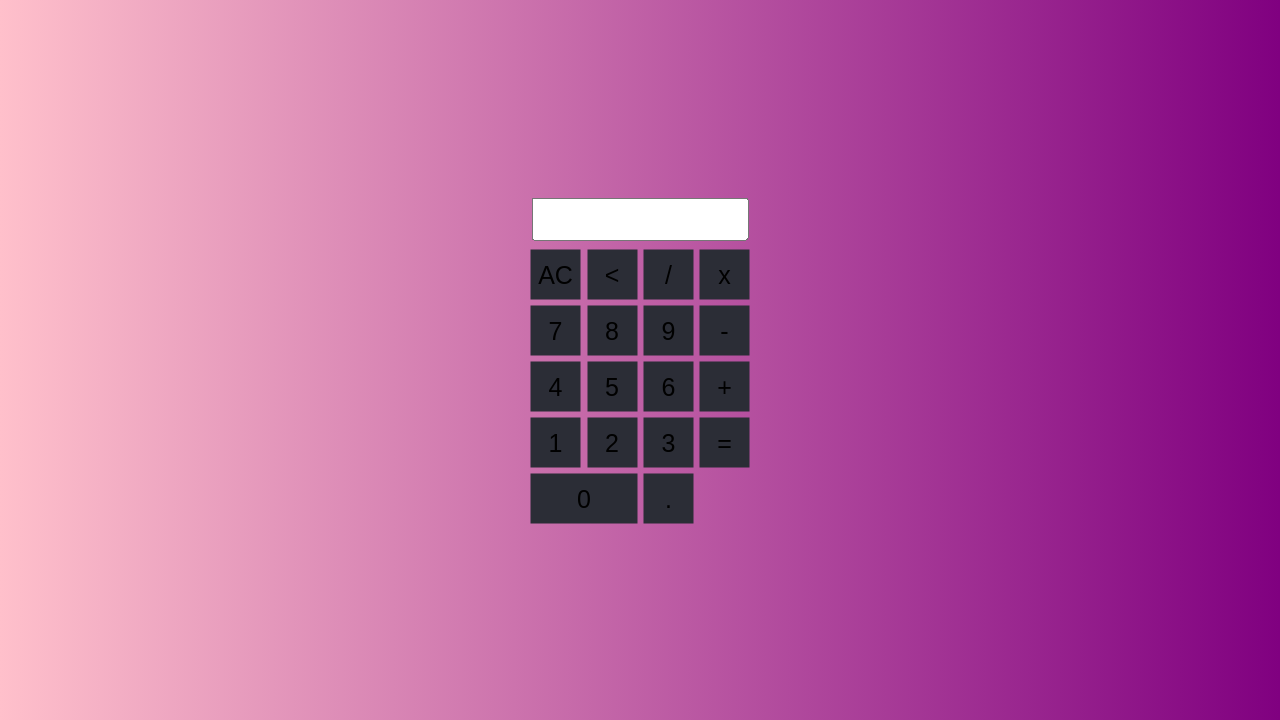
Repository: lacey-crenshaw/calculator
Page: index.html
The author's editor kept a copy of each file at every save. The page is drawn from the files as they stood at one save, then again after the next save.
The browser window is 1280 px wide. The pictures show the whole page.

Above is the page before, as saved 2020-02-14 10:05:29.

After the next save:
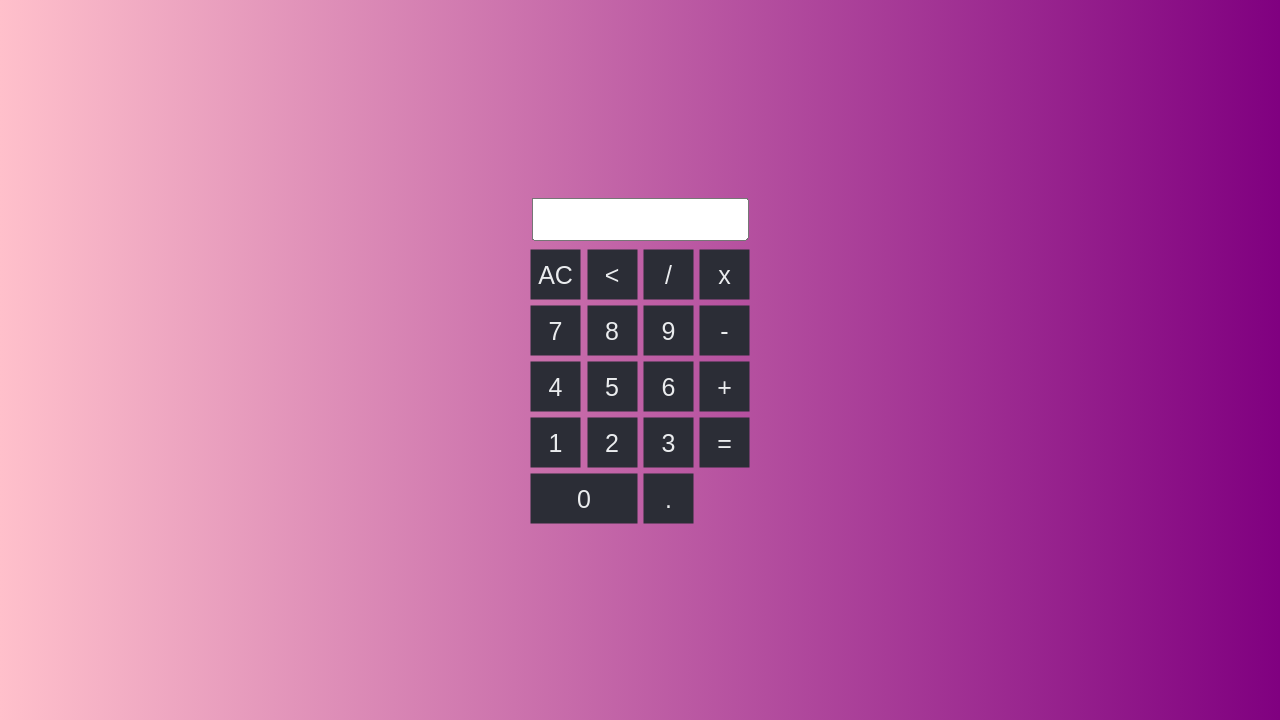
Saved 23 s later.
--- a/style.css
+++ b/style.css
@@ -10,6 +10,7 @@
     margin: 2;
     cursor: pointer;
     background:  hsla(230,11%,19%,1);
+    color: #eaecee;
     border: none;
 }
 
